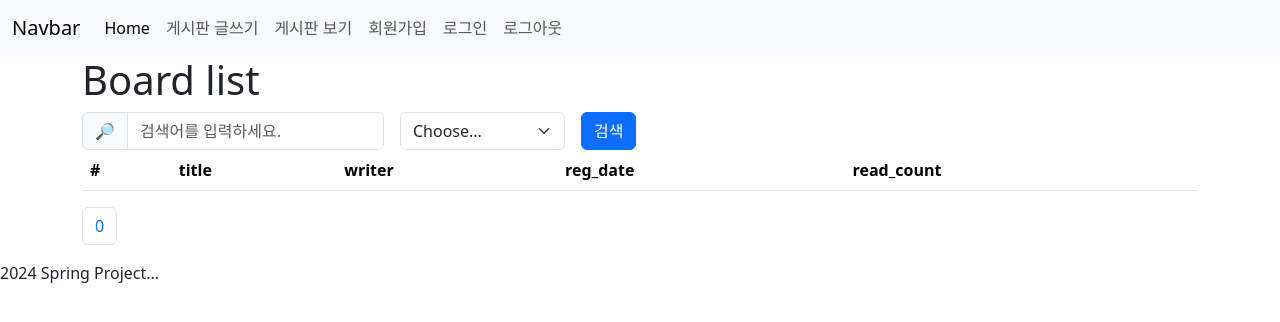
Repository: leegangjin/springTest240430
Page: http://localhost/spring_study/WEB-INF/views/board/list.jsp
An editor plug-in stored every save of this project. The page is shown before and after the next save, followed by the edit.
The browser window is 1280 px wide. The pictures show the whole page.
The page is served by Tomcat 9. Nobody is signed in. The template is opened directly, without the code that normally fills it, so the values that code supplies are empty.

Above is the page before, as saved 2024-04-25 03:10:32.

### spring_study/src/main/webapp/WEB-INF/views/board/list.jsp
<%@ page language="java" contentType="text/html; charset=UTF-8"
    pageEncoding="UTF-8"%>
  <%@ taglib uri="http://java.sun.com/jsp/jstl/core" prefix="c" %>

<jsp:include page="../layout/header.jsp"></jsp:include>
<div class="container-md">
	<h1>Board list</h1>
	<!-- 검색 -->
	<form action="/board/list" method="get" class="row row-cols-lg-auto g-3 align-items-center">
  <div class="col-12">
    <div class="input-group">
      <div class="input-group-text">🔎</div>
      <input type="text" name="keyword" class="form-control" id="inlineFormInputGroupUsername" placeholder="검색어를 입력하세요.">
    </div>
  </div>

  <div class="col-12">
    <label class="visually-hidden" for="inlineFormSelectPref">Preference</label>
    <select class="form-select" name="type" id="inlineFormSelectPref">
      <option selected >Choose...</option>
      <option value="t">Title</option>
      <option value="w">Writer</option>
      <option value="c">Content</option>
      <option value="tc">title&content</option>
      <option value="wc">writer&content</option>
      <option value="tw">title&writer</option>
      <option value="twc">all</option>
    </select>
  </div>


  <input type="hidden" name="pageNo"   value="1">
  <input type="hidden" name="qty"   value="10">


  <div class="col-12">
    <button type="submit" class="btn btn-primary">검색</button>
  </div>
</form>
	<table class="table table-hover">
		<thead>
			<tr>
				<th>#</th>
				<th>title</th>
				<th>writer</th>
				<th>reg_date</th>
				<th>read_count</th>
			</tr>
		</thead>
		<tbody>
			<c:forEach items="${list }" var="bvo">
			<tr>
				<td>${bvo.bno }</td>
				<td><a href="/board/detail?bno=${bvo.bno}">${bvo.title }</a></td>
				<td>${bvo.writer }</td>
				<td>${bvo.reg_date }</td>
				<td>${bvo.read_count }</td>
			</tr>
			</c:forEach>
		</tbody>
	</table>

	<!-- 페이지네이션 -->
	<nav aria-label="Page navigation example">
  <ul class="pagination">
 	<c:if test="${ph.prev }">
    <li class="page-item">
      <a class="page-link" href="/board/list?pageNo=${ph.startPage-1 }&qty=${ph.pgvo.qty}" aria-label="Previous">
        <span aria-hidden="true">&laquo;</span>
      </a>
    </li>
 </c:if>
<c:forEach begin="${ph.startPage }" end="${ph.endPage }" var="i">
    <li class="page-item"><a class="page-link" href="/board/list?pageNo=${i }&qty=${ph.pgvo.qty}">${i }</a></li>
    </c:forEach>

	<c:if test="${ph.next }">
    <li class="page-item">
      <a class="page-link" href="/board/list?pageNo=${ph.endPage+1 }&qty=${ph.pgvo.qty}" aria-label="Next">
        <span aria-hidden="true">&raquo;</span>
      </a>
    </li>
    </c:if>
  </ul>
</nav>
</div>
<jsp:include page="../layout/footer.jsp"></jsp:include>

### spring_study/src/main/webapp/WEB-INF/views/layout/header.jsp
<%@ page language="java" contentType="text/html; charset=UTF-8"
    pageEncoding="UTF-8"%>
<!DOCTYPE html>
<html>
<head>
<meta charset="UTF-8">
<title>header.jsp</title>
</head>
<link href="https://cdn.jsdelivr.net/npm/bootstrap@5.3.3/dist/css/bootstrap.min.css" rel="stylesheet" integrity="sha384-QWTKZyjpPEjISv5WaRU9OFeRpok6YctnYmDr5pNlyT2bRjXh0JMhjY6hW+ALEwIH" crossorigin="anonymous">
<script src="https://cdn.jsdelivr.net/npm/bootstrap@5.3.3/dist/js/bootstrap.bundle.min.js" integrity="sha384-YvpcrYf0tY3lHB60NNkmXc5s9fDVZLESaAA55NDzOxhy9GkcIdslK1eN7N6jIeHz" crossorigin="anonymous"></script>
<body>
<nav class="navbar navbar-expand-lg bg-body-tertiary">
  <div class="container-fluid">
    <a class="navbar-brand" href="#">Navbar</a>
    <button class="navbar-toggler" type="button" data-bs-toggle="collapse" data-bs-target="#navbarSupportedContent" aria-controls="navbarSupportedContent" aria-expanded="false" aria-label="Toggle navigation">
      <span class="navbar-toggler-icon"></span>
    </button>
    <div class="collapse navbar-collapse" id="navbarSupportedContent">
      <ul class="navbar-nav me-auto mb-2 mb-lg-0">
        <li class="nav-item">
          <a class="nav-link active" aria-current="page" href="#">Home</a>
        </li>
        <li class="nav-item">
          <a class="nav-link" href="/board/register">게시판 글쓰기</a>
        </li>
        <li class="nav-item">
          <a class="nav-link" href="/board/list">게시판 보기</a>
        </li>
        <li class="nav-item">
          <a class="nav-link" href="#">회원가입</a>
        </li>
        <li class="nav-item">
          <a class="nav-link" href="#">로그인</a>
        </li>
        <li class="nav-item">
          <a class="nav-link" href="#">로그아웃</a>
        </li>
        </ul>
    </div>
  </div>
</nav>

### spring_study/src/main/webapp/WEB-INF/views/layout/footer.jsp
<%@ page language="java" contentType="text/html; charset=UTF-8"
	pageEncoding="UTF-8"%>
<!DOCTYPE html>
<html>
<head>
<meta charset="UTF-8">



<div class="mb-3" >2024 Spring Project...</div>
</body>
</html>

After the next save:
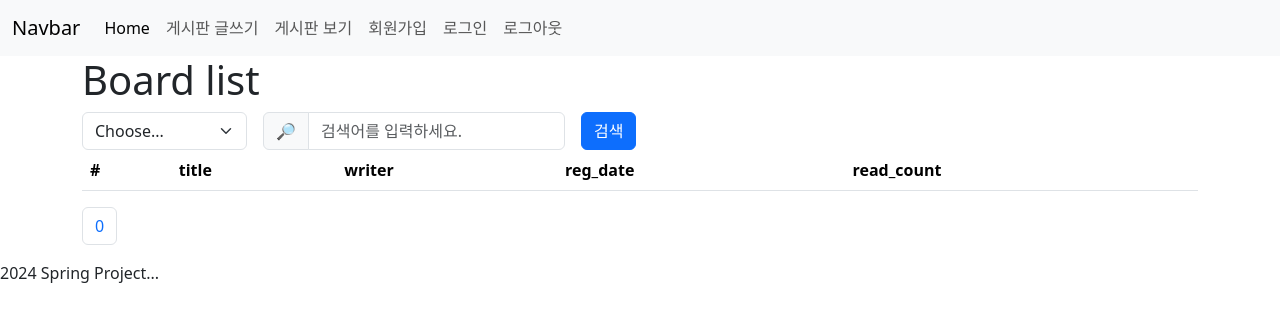
Saved 18 s later.
--- a/spring_study/src/main/webapp/WEB-INF/views/board/list.jsp
+++ b/spring_study/src/main/webapp/WEB-INF/views/board/list.jsp
@@ -7,12 +7,7 @@
 	<h1>Board list</h1>
 	<!-- 검색 -->
 	<form action="/board/list" method="get" class="row row-cols-lg-auto g-3 align-items-center">
-  <div class="col-12">
-    <div class="input-group">
-      <div class="input-group-text">🔎</div>
-      <input type="text" name="keyword" class="form-control" id="inlineFormInputGroupUsername" placeholder="검색어를 입력하세요.">
-    </div>
-  </div>
+
 
   <div class="col-12">
     <label class="visually-hidden" for="inlineFormSelectPref">Preference</label>
@@ -26,6 +21,12 @@
       <option value="tw">title&writer</option>
       <option value="twc">all</option>
     </select>
+  </div>
+  <div class="col-12">
+    <div class="input-group">
+      <div class="input-group-text">🔎</div>
+      <input type="text" name="keyword" class="form-control" id="inlineFormInputGroupUsername" placeholder="검색어를 입력하세요.">
+    </div>
   </div>
 
 
